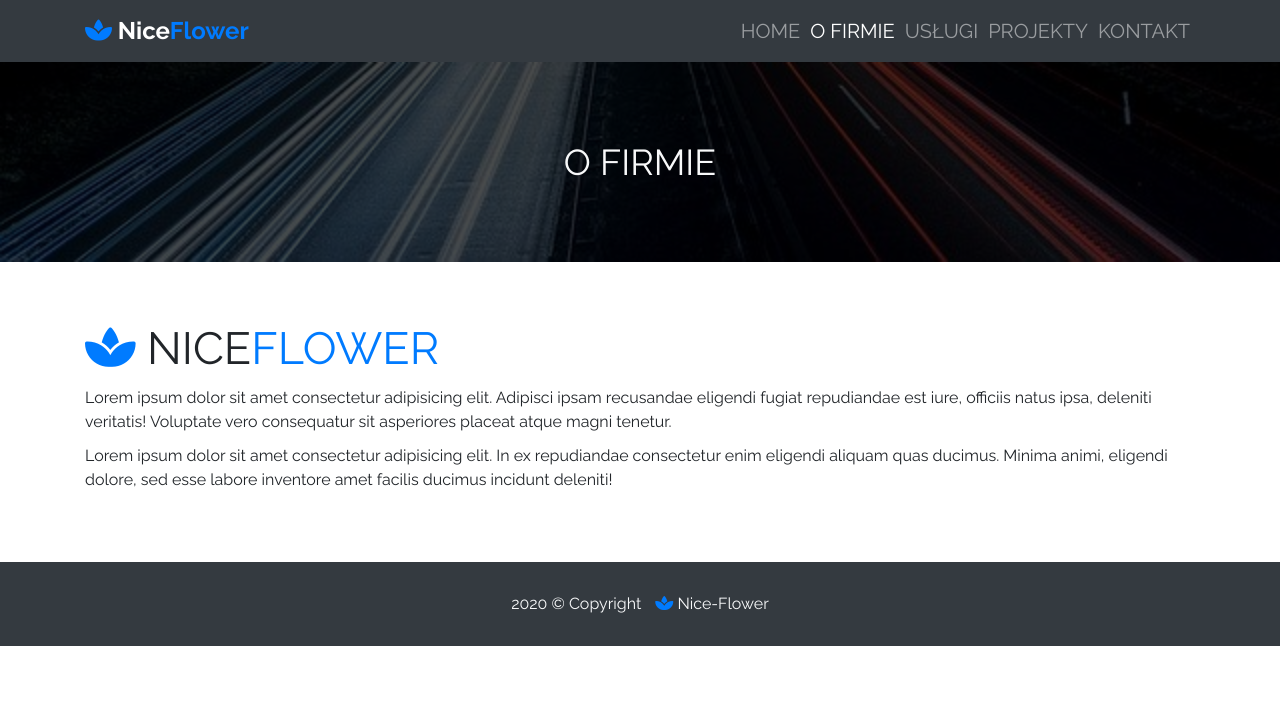
Repository: KrzysKolo/Projekt-13_Kwiaciarnia
Page: abouteus.html
An editor plug-in stored every save of this project. The page is shown before and after the next save, followed by the edit.
The browser window is 1280 px wide. The pictures show the whole page.
Some web libraries are served in a nearby version.

Above is the page before, as saved 2020-08-10 03:23:45.

After the next save:
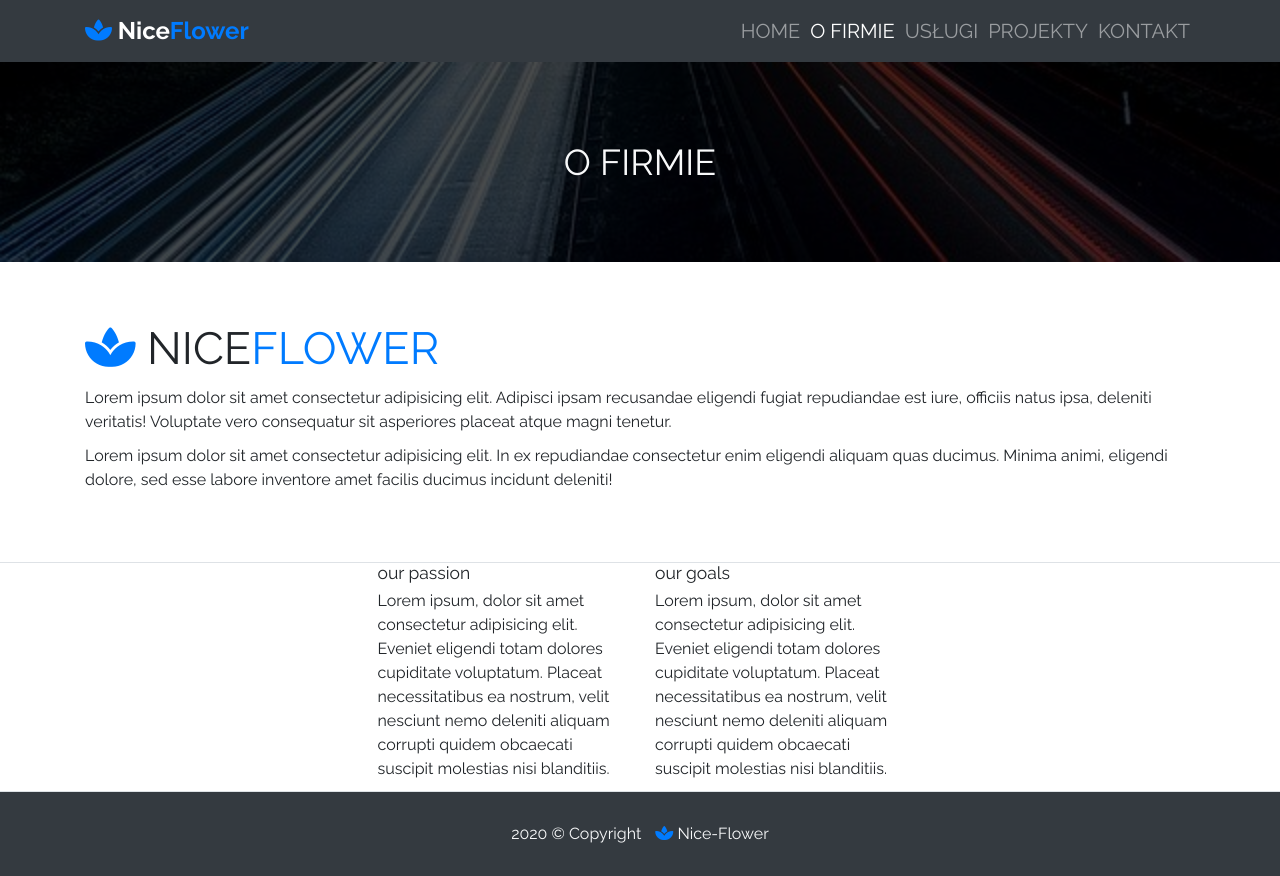
Saved 6 h 4 min later.
--- a/abouteus.html
+++ b/abouteus.html
@@ -85,6 +85,30 @@
           </div>
         </div>
       </section>
+      <section class="border-top border-bottom aboutus-info aboutus-shadow">
+        <div class="container">
+          <div class="row m-0 justify-content-center">
+            <div class="col-lg-3 aboutus-text abouts-text-left">
+              <h3>our passion</h3>
+              <p>
+                Lorem ipsum, dolor sit amet consectetur adipisicing elit.
+                Eveniet eligendi totam dolores cupiditate voluptatum. Placeat
+                necessitatibus ea nostrum, velit nesciunt nemo deleniti aliquam
+                corrupti quidem obcaecati suscipit molestias nisi blanditiis.
+              </p>
+            </div>
+            <div class="col-lg-3 aboutus-text abouts-text-right">
+              <h3>our goals</h3>
+              <p>
+                Lorem ipsum, dolor sit amet consectetur adipisicing elit.
+                Eveniet eligendi totam dolores cupiditate voluptatum. Placeat
+                necessitatibus ea nostrum, velit nesciunt nemo deleniti aliquam
+                corrupti quidem obcaecati suscipit molestias nisi blanditiis.
+              </p>
+            </div>
+          </div>
+        </div>
+      </section>
     </main>
     <footer class="bg-dark text-light">
       <p class="py-5 px-3 mb-0 text-center">
